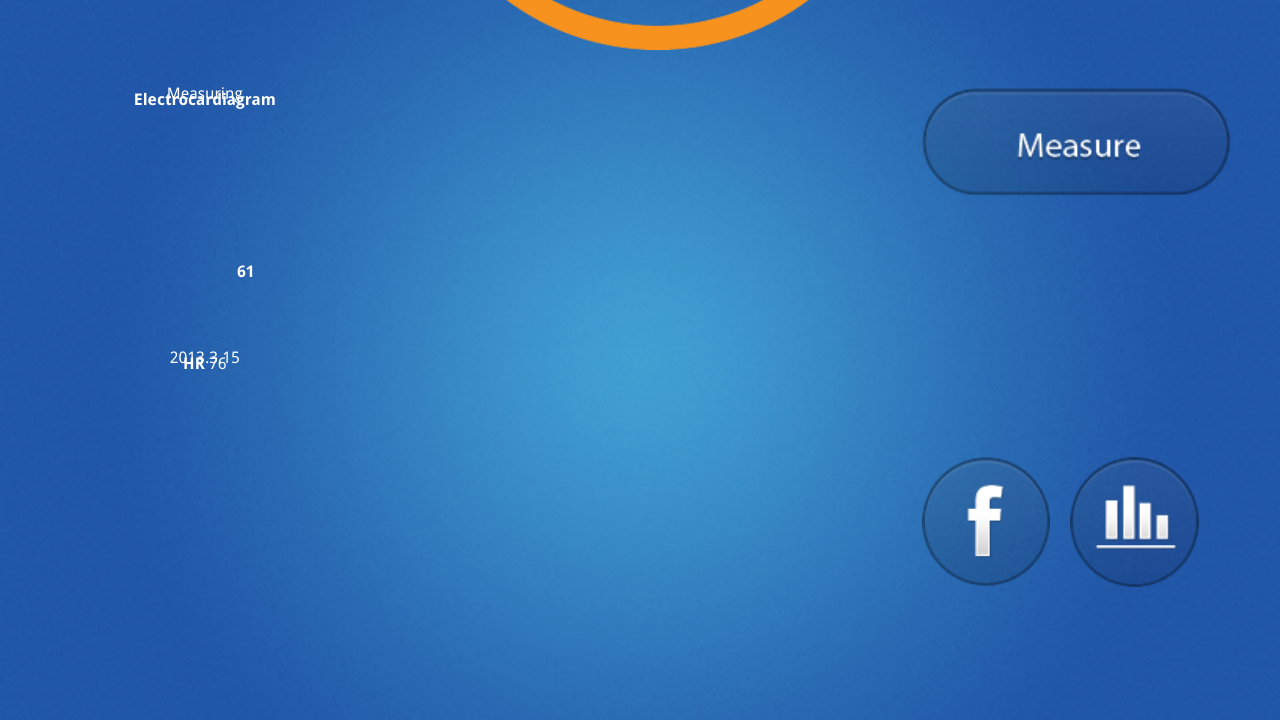
Repository: chouwill79131/IEcontest
Page: BluetoothChat/assets/complete.html
These files come from the project's save history. The page is drawn as it stood at one moment and after the next save; the edit follows.
The browser window is 1280 px wide. The pictures show the whole page.

Above is the page before, as saved 2013-03-08 18:01:32.
Console error: TypeError: Cannot set properties of null (setting 'innerHTML')

### BluetoothChat/assets/complete.html
<html>
  <head>
    <meta http-equiv="Content-Type" content="text/html; charset=utf-8"/>
    <link href="complete.css" rel="stylesheet"/>
    <script src="jquery.js"></script>
    <script src="highcharts.js"></script>
    <script src="delay.js"></script>
    <script src="main.js"></script>
  </head>
  <body>
    <div id="main" >
    	<div class="left">
			<div class="text">
				<div class="word">Electrocardiagram</div><br />
				<div class="subword">Measuring</div><br />

				<div class="hr">HR <span id="hr">76</span></div><br />
				<div class="date">2013.3.15</div>
			</div>

		</div>

		<div class="mid">
			<div class="score">61</div>
			<img class="circle" src="button/circle.png" />
		</div>

		<div class="right">
			<button class="measure"><img src="button/Measure.png" /></button><br />
			<button class="share" ><img src="button/Share.png" /></button>
			<button class="record"><img src="button/Record.png" /></button>
		</div>




	</div>
  </body>
</html>

### BluetoothChat/assets/complete.css
@font-face {
    font-family: droidsans;
    src: url(fonts/droidsans.ttf);
}

@font-face {
    font-family: DroidSans-Bold;
    src: url(fonts/DroidSans-Bold.ttf);
}

body { margin:0; padding:0;}
#main { width: auto; height: 100%; background-image: url(button/background.png); background-size: 100% 100%; }
.left, .mid, .right {float: left; height: 100%; }


.left {  width: 28%; padding-left:2%;}
.text, .hr , .date{ text-align: center; color:white;}
.word { margin-top: 25%;  font-family: DroidSans-Bold ; }
.subword, .date { margin-top:-12%; font-family: droidsans ;}
.hr {  margin-top: 65%;  font-family: DroidSans-Bold ;}
.date { font-family: droidsans ;}
#hr { font-family: droidsans ;}

.mid { width: 41%; }
.circle { width: auto; height:70%; margin-left: 4%; }
.circle { margin-top: -86.5%; z-index: 2; }
.score { float:left ;color:white ; margin-top: 50%; z-index: 1;  margin-left:-28% ; font-family: DroidSans-Bold ;}


.right { width: 29%; }
.right button { float: left; border: none; background: transparent; }
.measure img {margin-top: 10%; width: auto;  height:15%; }
.share img, .record img { width: auto;  height:18%; }
.measure { margin-left: 2%; margin-top: 15%; }
.share, .record { background: red;margin-top: 70%; margin-left: 2%; }


<!--
border? font? .record_top
-->

### BluetoothChat/assets/delay.js

$(function(){
setTimeout(function(){
$.getScript("dy_chart.js");
},200)
})

### BluetoothChat/assets/main.js
var chart;
var step = 0.01;	//step0.008每秒125點	//0.005極限
var xstart = step;
var hr = "--";
var score = "--";
var index;
$(document).ready(function ready() {

    var s = "";
    var theDate = new Date();
    s += theDate.getYear()+1900 + ".";                //  年
    s += (theDate.getMonth() + 1) + ".";				// 月
    s += theDate.getDate(); 							// 日
    document.getElementById("date").innerHTML = s;
    index = document.getElementById("main").innerHTML; //保留首頁

    $(".measure").live("click", function() {
      measure();
    }); //click .measure


}); //(document).ready

function shared(){
	view1 = document.getElementById("rhythm").innerHTML;
	document.getElementById("rhythm").innerHTML = view1+'<img class="stop" src="button/complete.png" style="width:100%; margin-top: -50% ;z-index:5;position: relative;" />';
	$("#main").live("click", function() {
      document.getElementById("rhythm").innerHTML = view1;
    });
}

function complete(hr1,score1){
  hr = hr1;
  score = score1;
  view = document.getElementById("dy_chart").innerHTML;
  document.getElementById("dy_chart").innerHTML = view+'<img class="stop" src="button/Completed.png" style="width:50%; margin: -20% 0% 0% 25%; z-index:2;position: relative;" />';
  $(".stop").html('<img src="button/Continue.png" />');
}

function addSomething(a) {
  for (var i in a){
    chart.series[0].addPoint([xstart,a[i]],false,true);
    xstart += step;
  }
  chart.redraw();
}

function history(history){
	view2 = document.getElementById("main").innerHTML;
    $("#main").html(
    '<div class="main1">'+
	'<div class="contain">'+
	'<div id="dy_chart" style="z-index:1;position: relative;"></div>'+
	'</div>'+
	'<div id="foot">'+
	'<button class="stop">'+
	'<img src="button/Back.png" />'+
	'</button>'+
	'</div>'+
    '</div>'
    );

    Highcharts.setOptions({
      global: {
	useUTC: true
      }
    });

    hischart = new Highcharts.Chart({
      chart: {
		renderTo: 'dy_chart',
		backgroundColor: 'transparent',
		type: 'line',
      },
      title: {
		style:{ color: '#FFFFFF'},
		text: 'Measure history',
      },
      credits: {			// highchart.com
		enabled:false
      },
      legend: {  			// 線的標示
        enabled: false
      },
      xAxis: {
      	type: 'datetime',
		dateTimeLabelFormats: { // don't display the dummy year
	  		month: '%e. %b',
	  		year: '%b'
		},
		lineColor: '#FFFFFF',
		labels: {
	  		style: {
				color: '#FFFFFF',
			}
		}
	  },
	  yAxis: {
	    title: {text: 'Feeling',
	    			style: {
						color: '#FFFFFF',
					}
				},
	  	gridLineColor: '#FFFFFF',
	  	labels: {
	  		style: {
				color: '#FFFFFF',
			}
		}
	  },
	  plotOptions: {
                line: {
                    dataLabels: {
                        enabled: true,
                        color: '#FFFFFF',
                    },
                    enableMouseTracking: true,
                }
      },
	series: [{
	  name: 'measure history',
	  color: '#FFFFFF',
	  data: history
	}],
    });

    $(".stop").live("click", function(){
 //     hr = "--";
      $(".main1").html(view2);
 //     document.getElementById("hr").innerHTML = hr;
    });
};// .record click

function measure(){
	xstart = 0.01;
	$("#main").html('<div class="main1">'+
		'<div class="contain">'+
		'<div id="dy_chart" style="z-index:1;position: relative;"></div>'+
		'</div>'+
		'<div id="foot">'+
		'<button class="stop" onclick="window.MyHandler.disconnect()">'+
		'<img src="button/Stop.png" />'+
		'</button>'+
		'</div>'+
      	'</div>');
    Highcharts.setOptions({
      global: {useUTC: true }
    });
    chart = new Highcharts.Chart({
      chart: {
		renderTo: 'dy_chart',
		backgroundColor: 'transparent',
		type: 'spline',
		marginRight: 10,
      },
      credits: {enabled:false},
      title: {
		style:{ color: '#FFFFFF'},
		text: 'Electrondiagram',
      },
      xAxis: {
		type: 'x Axis',
		style:{ color: '#FFFFFF'},
		tickPixelInterval: 100,
		lineColor: '#FFFFFF',
		labels: {style: {color: '#FFFFFF'}},
      },
      yAxis: {
      	title: {
      		text: 'Score',
      		style: {color: '#FFFFFF'}},
	  		gridLineColor: '#FFFFFF',
	  		labels: {style: {color: '#FFFFFF'}},
			//max:1500,
			//min:0,
			title: {
	  			style:{ color: '#FFFFFF'},
	  			text: 'PPG'
	  		},
			plotLines: [{value: 0,width: 1}]
      	},
      	legend: {enabled: false},
      	exporting: {enabled: false},
      	plotOptions: {
			spline: {
	  			lineWidth: 1,
	  			states: {
	    			hover: {
	      				enabled: false,
	      				lineWidth: 2
	    			}
	  			},
	  		marker: {
	    		enabled: false,
	    		states: {
	      			hover: {
						enabled: false,
	      			}
	    		}
	  		},
		}
      }, // yAxis
      series: [{
		name: 'Data',
		color: '#FFFFFF',
		data: (function() {
	  		var data = [];
	  		var step = 0.01;	//step0.008每秒125點	//0.005極限
			var xstart = step;
	  		for (var i = -4; i <= xstart; i+=step){data.push({x: i,y: 0 });}
	  		return data;
		})()
		}]
    }); //Highcharts

    hr = '--';
    score = '--';
    $(".stop").live("click",function() {
      $(".main1").html(index);
      document.getElementById("hr").innerHTML = hr;
      document.getElementById("rhythm").innerHTML = '<div id="score">'+score+'</div><img class="circle" src="button/circle.png" />';
    }); //click .stop
}

### BluetoothChat/assets/dy_chart.js
var chart;
var step = 0.01;	//step0.008每秒125點	//0.005極限
var xstart = step;
//a = Math.random();
var hr = 15;
var score = 80;
function complete(hr1,score1){
	hr = hr1;
	score = score1;
	view = document.getElementById("dy_chart").innerHTML;
	document.getElementById("dy_chart").innerHTML = view+'<img class="stop" src="button/60.png" style="width:50%; margin: -20% 0% 0% 25%; z-index:2;position: relative;" /><br />'+hr+',<br />'+score;
}

function addSomething(a) {
//	setInterval(function() {        			 // for testing feq
	for (var i in a){
		chart.series[0].addPoint([xstart,a[i]],false,true);
		xstart += step;
	}

	/**
	chart.series[0].addPoint([xstart,a],false,true);
	xstart += step;
	**/

	chart.redraw();
//	}, 1000);									// for testing feq
}



$(function () {
	$(".stop").click(function() {
	$(".main1").html('  <div id="main" >'+
    	'<div class="left">'+
			'<div class="text">'+
				'<div class="word">Electrocardiagram</div><br />'+
				'<div class="subword">Measuring</div><br />'+
				'<div class="hr">HR <span id="hr"></span></div>'+
				'<div id="date"></div>'+
			'</div>'+
		'</div>'+
		'<div class="mid" id="mid">'+
			'<div class="score">84</div>'+
			'<img class="circle" src="button/circle.png" />'+
		'</div>'+
		'<div class="right">'+
			'<button class="measure"><img src="button/Measure.png" /></button><br />'+
			'<button class="share" ><img src="button/Share.png" /></button>'+
			'<button class="record"><img src="button/Record.png" /></button>'+
		'</div>'+
	'</div>');
 // 		window.location.href = "complete.html";
	});
    $(document).ready(function() {
        Highcharts.setOptions({
            global: {
                useUTC: false
            }
        });

        chart = new Highcharts.Chart({
            chart: {
                renderTo: 'dy_chart',
                backgroundColor: 'transparent',
                type: 'spline',
                marginRight: 10,
            },
            credits: {
            enabled:false
            }
            ,
            title: {
            	style:{ color: '#FFFFFF'},
                text: 'Electrondiagram',
            },
            xAxis: {
                type: 'x Axis',
                style:{ color: '#FFFFFF'},
                tickPixelInterval: 150
            },
            yAxis: {
            	max:1500,
            	min:0,
                title: {
                	style:{ color: '#FFFFFF'},
                    text: 'Value'
                },
                plotLines: [{
                    value: 0,
                    width: 1,
                }]
            },

            legend: {
                enabled: false
            },
            exporting: {
                enabled: false
            },
	    plotOptions: {
                spline: {
                   lineWidth: 1,
                   states: {
                       hover: {
                       	enabled: false,
                        lineWidth: 2
                       }
                   },
                   marker: {
                      enabled: false,
                      states: {
                          hover: {
                             enabled: false,
                          }
                      }
                  },
               }
            },
            series: [{
                name: 'Data',
                color: '#FFFFFF',
                data: (function() {
                    // generate an array of random data
                    var data = [],
                        time = (new Date()).getTime(),i;

                    for (i = -4; i <= xstart; i+=step) {
                        data.push({
                            x: i,
                            y: 0
                        });
                    }
                    return data;
                })()
            }]
        });
    });
});

Loaded but not shown: BluetoothChat/assets/jquery.js (library); BluetoothChat/assets/highcharts.js (library)

After the next save:
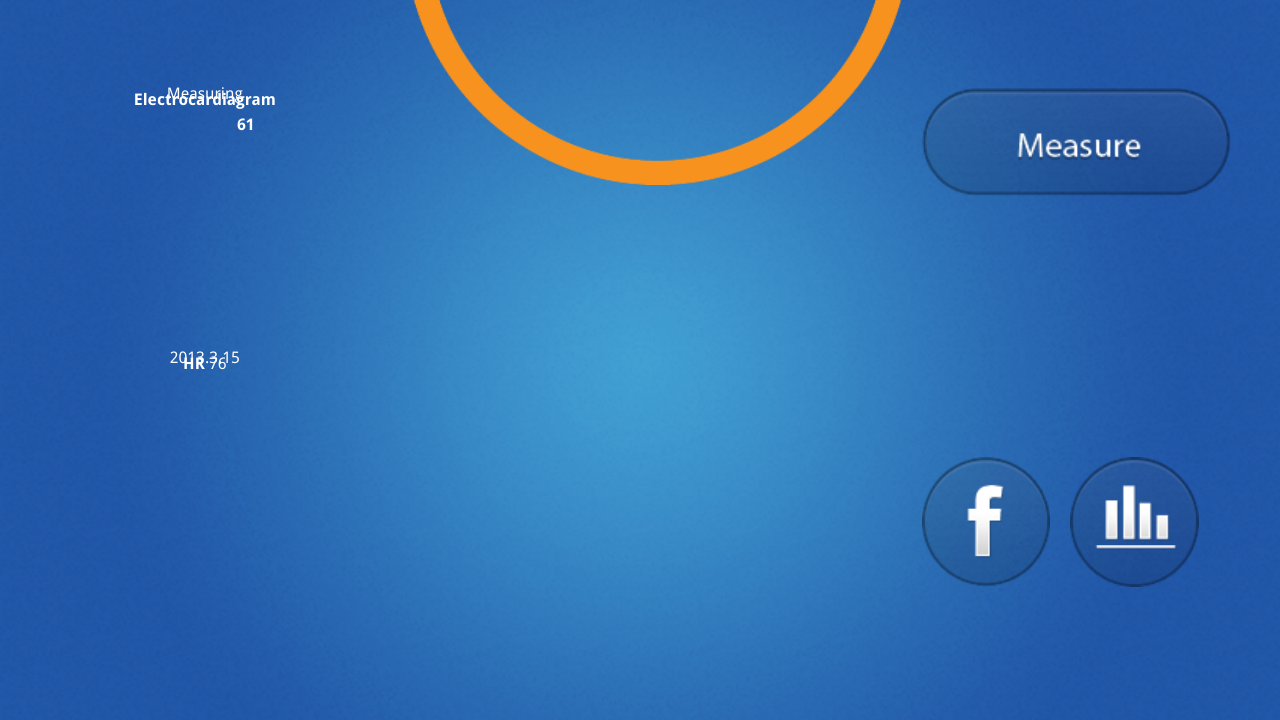
Saved 44 s later.
--- a/BluetoothChat/assets/complete.css
+++ b/BluetoothChat/assets/complete.css
@@ -24,7 +24,7 @@ body { margin:0; padding:0;}
 .mid { width: 41%; }
 .circle { width: auto; height:70%; margin-left: 4%; }
 .circle { margin-top: -86.5%; z-index: 2; }
-.score { float:left ;color:white ; margin-top: 50%; z-index: 1;  margin-left:-28% ; font-family: DroidSans-Bold ;}
+.score { color:white ; margin-top: 22%; z-index: 1;  margin-left:-28% ; font-family: DroidSans-Bold ;}
 
 
 .right { width: 29%; }
